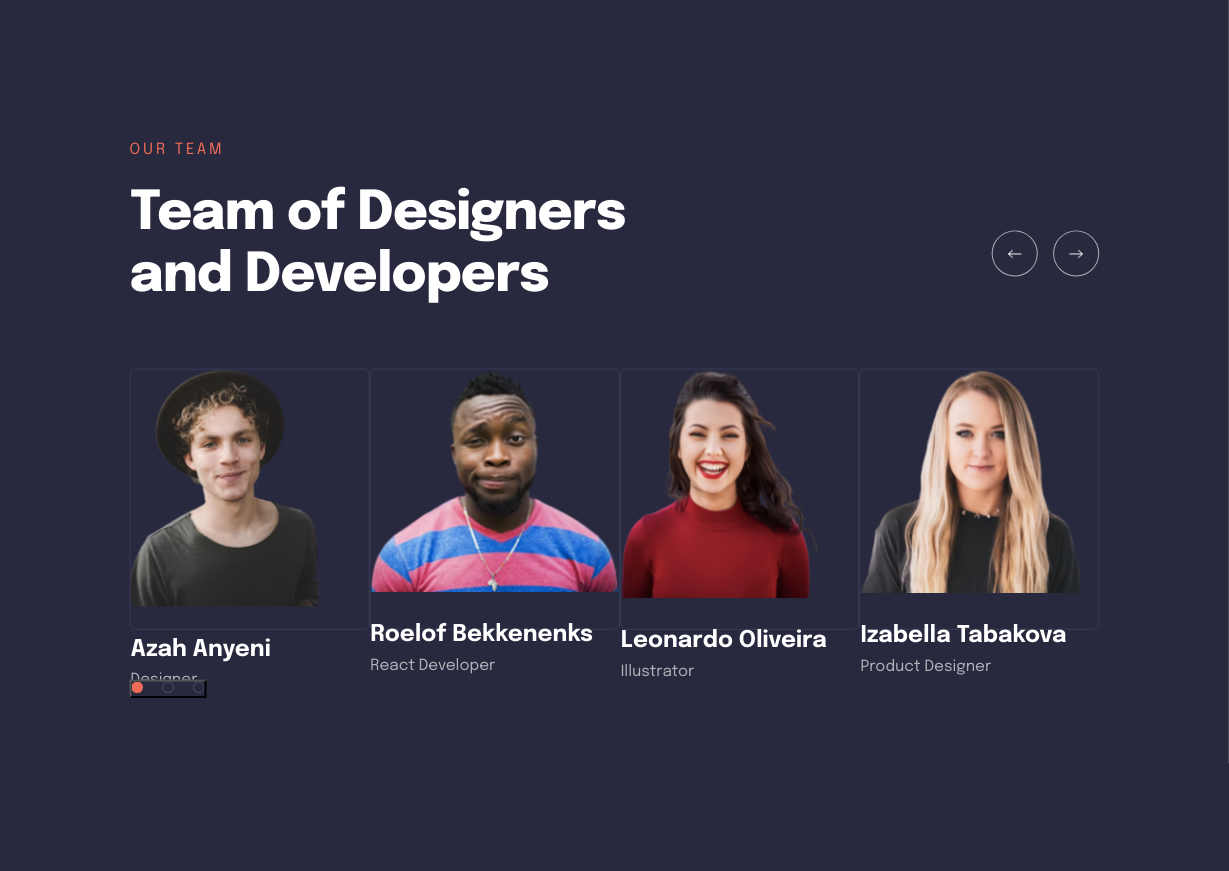
Repository: NatiqSamiyev/next-figma-project
Page: index.html
The author's editor kept a copy of each file at every save. The page is drawn from the files as they stood at one save, then again after a run of saves.
The browser window is 1280 px wide. The pictures show the whole page, at 96% of full size.

Above is the page before, as saved 2023-08-21 15:41:16.

### index.html
<!DOCTYPE html>
<html lang="en">
<head>
    <meta charset="UTF-8">
    <meta name="viewport" content="width=device-width, initial-scale=1.0">
    <title>Document</title>
    <link rel="stylesheet" href="index.css">
</head>
<body>

    <div class="container">
        <div class="top-container">

            <div class="left">
                <h1>Our Team</h1>
                <h2>
                    Team of Designers
                    and Developers
                </h2>

            </div>

            <div class="right">

                    <button class="btn-1">
                        <img src="./image/Path.png" alt="">
                    </button>



                    <button class="btn-2">
                        <img src="./image/Path (1).png" alt="">
                    </button>


            </div>
        </div>


        <div class="image-box">
            <ul>
                <li class="first-child">
                    <div>
                        <img src="./image/Bitmap.svg" alt="">
                    </div>
                    <h3>Azah Anyeni</h3>
                    <p>Designer</p>
                </li>

                <li class="nth-child(2)">
                    <div>
                        <img src="./image/Bitmap (1).svg" alt="">
                    </div>
                    <h3>Roelof Bekkenenks</h3>
                    <p>React Developer</p>
                </li>

                <li class="nth-child(3)">
                    <div>
                        <img src="./image/Bitmap (2).svg" alt="">

                    </div>
                    <h3>Leonardo Oliveira</h3>
                    <p>Illustrator</p>
                </li>

                <li class="last-child">
                    <div>
                        <img src="./image/Bitmap (3).svg" alt="">

                    </div>
                    <h3>Izabella Tabakova</h3>
                    <p>Product Designer</p>
                </li>
            </ul>

        </div>

        <div class="bottom-container">
            <button>
                <img src="./image/pins.svg" alt="">
            </button>

        </div>


</body>
</html>

### index.css
@import url('https://fonts.googleapis.com/css2?family=Epilogue:wght@400;700;800&display=swap');
*{
    margin: 0;
    padding: 0;
    box-sizing: border-box;
}

.container{
    width: 100%;
    padding: 140px 135px 180px 135px;
    background-color: #28293E;

}

.top-container{
    display: flex;
    justify-content: space-between;

}

.left{
    width: 531px;
}

.left h1{
    color: var(--text-light-accent, #EF6D58);
    font-feature-settings: 'clig' off, 'liga' off;
    font-family: Epilogue;
    font-size: 16px;
    font-style: normal;
    font-weight: 400;
    line-height: 32px;
    letter-spacing: 3px;
    text-transform: uppercase;

}

.left h2{
    color: var(--text-light, #FFF);
    font-feature-settings: 'clig' off, 'liga' off;
    font-family: Epilogue;
    font-size: 56px;
    font-style: normal;
    font-weight: 800;
    line-height: 64px;
    letter-spacing: -1px;
    margin-top: 20px;

}

.right{
    display: flex;
    margin-top: 100px;
}

.right .btn-1{
    margin-right: 16px;


}

.right button{
    border: none;
    border:  1px solid  var(--text-light-gray, rgba(255, 255, 255, 0.64));;
    border-radius: 25px;
    width: 48px;
    height: 48px;
    background-color: #28293E;
    display: flex;
    justify-content: center;
    align-items: center;
}


.right  img{
    width: 14.001px;
    height: 9.001px;
    fill: #FFF;
}



.image-box{
    width: 100%;
    margin-top: 64px;
}

.image-box ul{
    display: flex;
    justify-content: space-between;
}

.image-box ul li{
    list-style-type: none;
    width: 270px;
    height: 272px;
    border-radius: 6px;
    border: 1px solid #3A3C56;
}
.im
li:first-child img {
    width: 196px;
    height: 247px;

}

li:nth-child(2) img{
    width: 259px;
    height: 232px;
}

li:nth-child(3) img{
    width: 205px;
    height: 238px;
}

.last-child img{
    width: 230px;
    height: 233px;
}


.image-box ul li h3{
    margin-top: 25px;
    color: var(--text-light, #FFF);
    font-feature-settings: 'clig' off, 'liga' off;
    font-family: Epilogue;
    font-size: 24px;
    font-style: normal;
    font-weight: 700;
    line-height: 32px;
}

.image-box ul li p{
    color: var(--text-light-gray, rgba(255, 255, 255, 0.64));
    font-feature-settings: 'clig' off, 'liga' off;
    font-family: Epilogue;
    font-size: 16px;
    font-style: normal;
    font-weight: 400;
    line-height: 32px;
}

.bottom-container{
    margin-top: 52px;


}

.bottom-container button{

    background: #28293E;




}

.bottom-container button img{
    width: 76px;
    height: 12px;



}

After the next 4 saves:
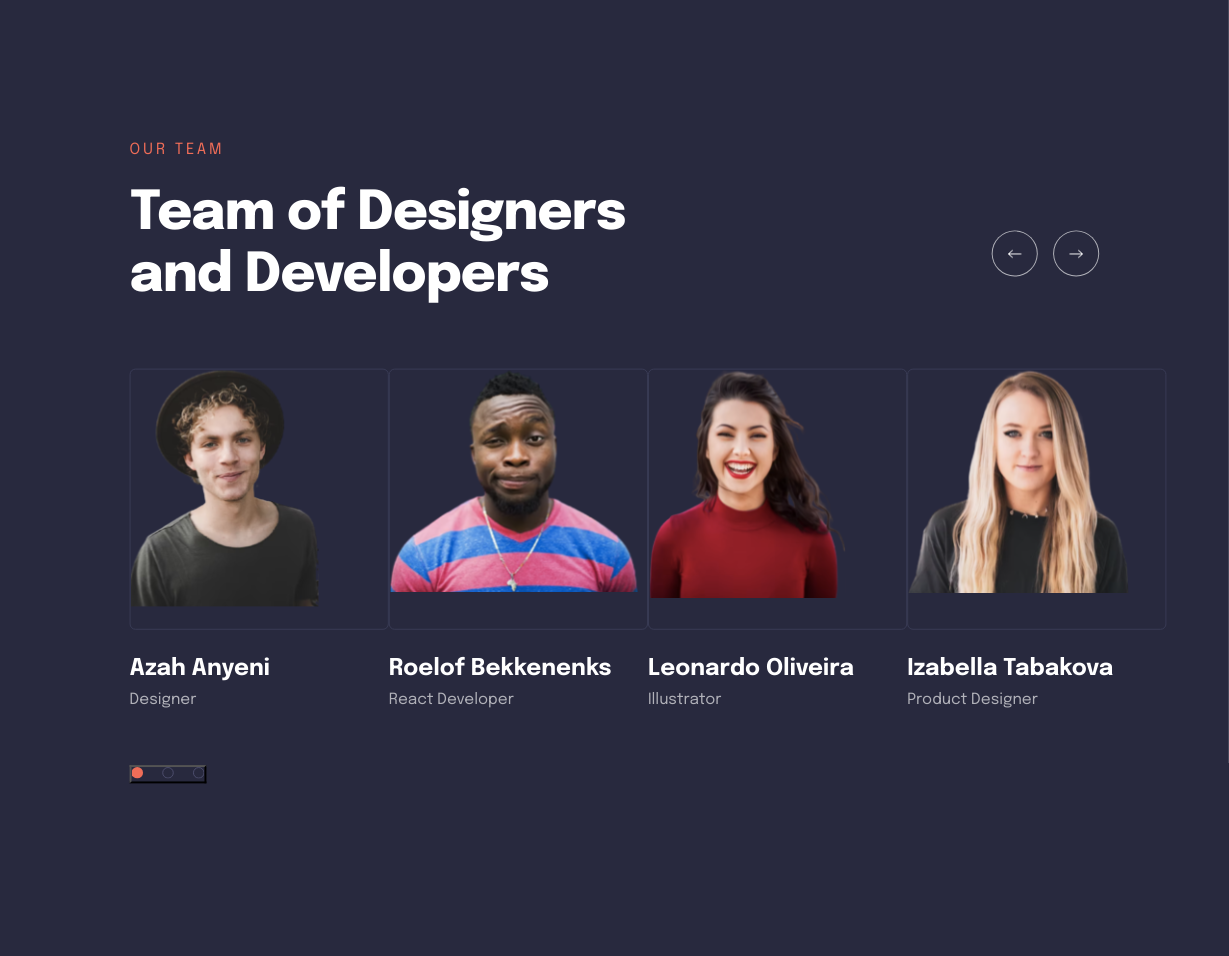
The 4 saves are shown as one change because they came seconds apart.
The last was saved 14 s later.
--- a/index.css
+++ b/index.css
@@ -92,12 +92,15 @@
 
 .image-box ul li{
     list-style-type: none;
+
+
+}
+.image-box ul li div{
     width: 270px;
-    height: 272px;
-    border-radius: 6px;
-    border: 1px solid #3A3C56;
+height: 272px;
+border-radius: 6px;
+border: 1px solid #3A3C56;
 }
-.im
 li:first-child img {
     width: 196px;
     height: 247px;
